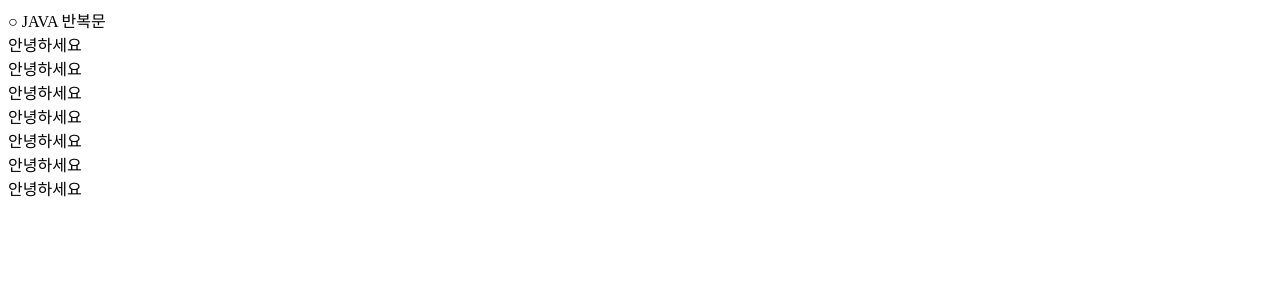
Repository: youngmoon525/Jsp_Servlet
Page: http://localhost/03.JSP/jsp34.jsp
The author's editor kept a copy of each file at every save. The page is drawn from the files as they stood at one save, then again after the next save.
The browser window is 1280 px wide. The pictures show the whole page.
The page is served by Tomcat 9. Other server files are loaded and not shown.

Above is the page before, as saved 2021-09-09 00:54:10.

### workspace/03.JSP/WebContent/jsp34.jsp
<%@ page language="java" contentType="text/html; charset=UTF-8" pageEncoding="UTF-8"%>
<!DOCTYPE html>
<html>
<head>
<meta charset="UTF-8">
<title>JSP34</title>
</head>
<body>
<%--
○ JAVA 반복문 : for, while, do_while
○ JSTL 반복문 : <c:forEach ~~>실행문</c:forEach>
	▶ <c:forEach var="반복변수명" begin="초기값" end="최종값" step="증감값">실행문</c:forEach>
--%>
○ JAVA 반복문<br/>
<%
for(int i = 1; i <= 7; i++){
	out.println("안녕하세요<br/>");
}
%>
</body>
</html>

After the next save:
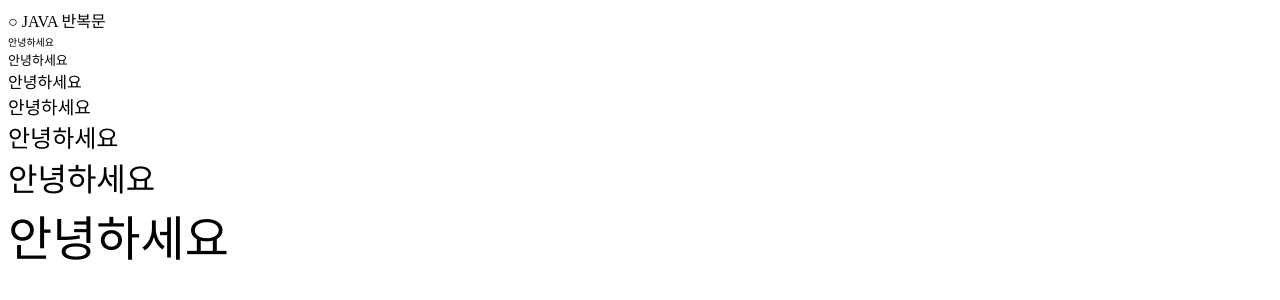
Saved 107 s later.
--- a/workspace/03.JSP/WebContent/jsp34.jsp
+++ b/workspace/03.JSP/WebContent/jsp34.jsp
@@ -14,7 +14,7 @@
 ○ JAVA 반복문<br/>
 <%
 for(int i = 1; i <= 7; i++){
-	out.println("안녕하세요<br/>");
+	out.println("<font size='"+ i +"'>안녕하세요</font><br/>");
 }
 %>
 </body>
